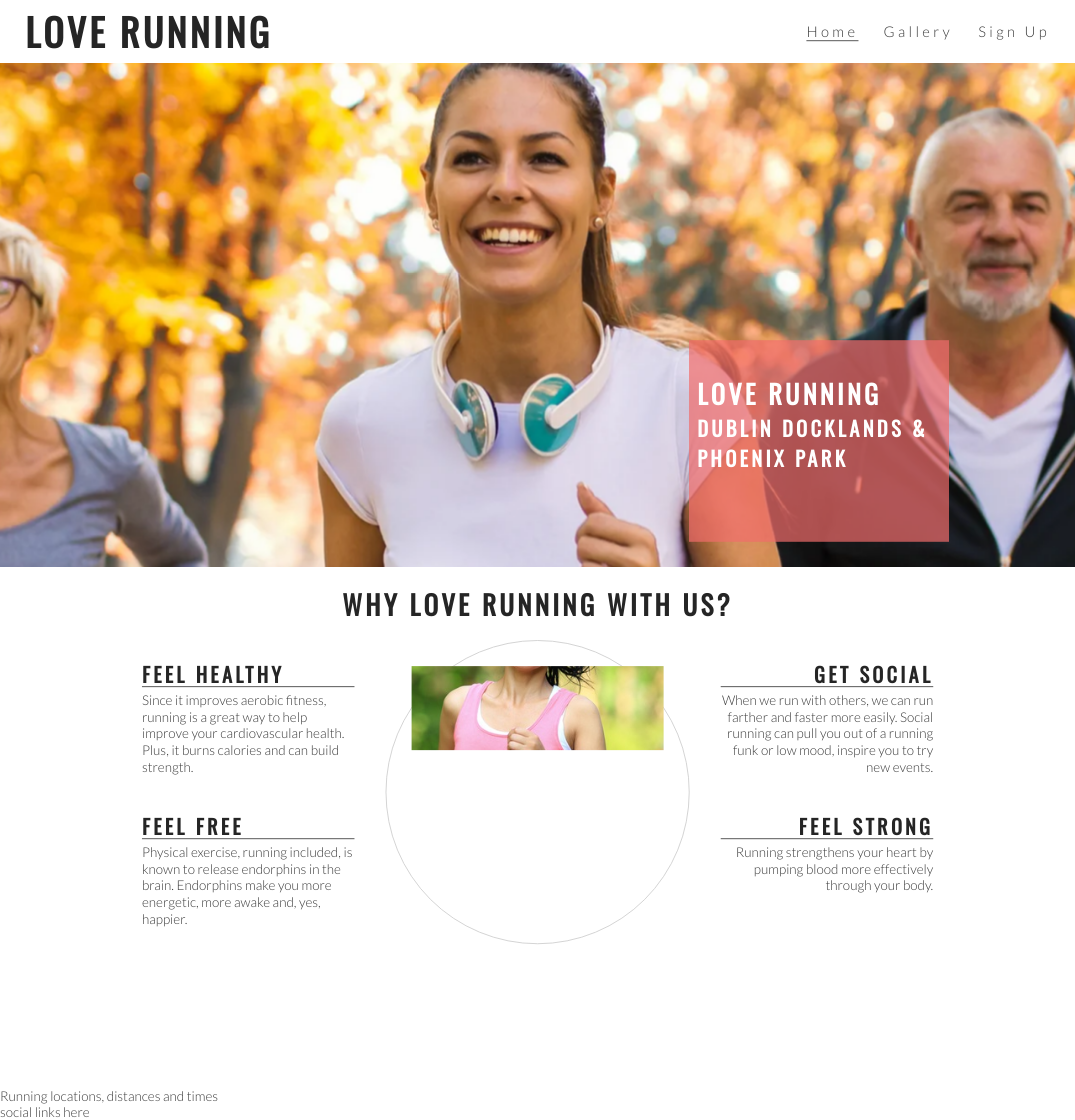
Repository: dcsndevs/love-running
Page: index.html
The author's editor kept a copy of each file at every save. The page is drawn from the files as they stood at one save, then again after a run of saves.
The browser window is 1280 px wide. The pictures show the whole page, at 84% of full size.

Above is the page before, as saved 2023-06-21 10:06:30.

### index.html
<!DOCTYPE html>
<html lang="en">

<head>
    <meta charset="UTF-8">
    <meta name="viewport" content="width=device-width, initial-scale=1.0">
    <meta name="description" content="Love Running club for runners in Dublin, Ireland">
    <meta name="keywords" content="love running, running club, ireland, dublin">

    <link rel="stylesheet" href="assets/css/style.css">
    <title>Love Running</title>
</head>

<body>
    <header>
        <a href="index.html">
            <h1 id="logo">Love Running</h1>
        </a>
        <nav>
            <ul id="menu">
                <li>
                    <a href="#">Sign Up</a>
                </li>
                <li>
                    <a href="#">Gallery</a>
                </li>
                <li>
                    <a href="index.html" class="active">Home</a>
                </li>
            </ul>
        </nav>
    </header>
    <section id="hero-outer">
        <div id="hero-image"></div>
        <div id="cover-text">
            <h2>Love Running</h2>
            <h3>Dublin Docklands & Phoenix Park</h3>
        </div>
    </section>
    <section id="club-ethos">
        <h2 id="welcome">Why Love Running With Us?</h2>
        <div id="left-about">
            <div class="left-about-heading">
                <h2>Feel Healthy</h2>
                <hr>
                <p>
                    Since it improves aerobic fitness, running is a great way to help improve your cardiovascular
                    health. Plus, it burns calories and can build strength.
                </p>
            </div>
            <div class="left-about-heading">
                <h2>Feel Free</h2>
                <hr>
                <p>
                    Physical exercise, running included, is known to release endorphins in the brain. Endorphins make
                    you more energetic, more awake and, yes, happier.
                </p>
            </div>
        </div>
        <div id="right-about">
            <div class="right-about-heading">
                <h2>Get Social</h2>
                <hr>
                <p>
                    When we run with others, we can run farther and faster more easily. Social running can pull you out
                    of a running funk or low mood, inspire you to try new events.
                </p>
            </div>
            <div class="right-about-heading">
                <h2>Feel Strong</h2>
                <hr>
                <p>
                    Running strengthens your heart by pumping blood more effectively through your body.
                </p>
            </div>
        </div>
        <div id="center-about">
            <div id="circle-container">
                <div id="circle-cover-bg"></div>
            </div>
        </div>
    </section>
    <section>
        Running locations, distances and times
    </section>
    <footer>
        social links here
    </footer>
</body>

</html>

### assets/css/style.css
@import url('https://fonts.googleapis.com/css2?family=Lato:wght@300&family=Oswald&display=swap');

* {
    margin: 0;
    padding: 0;
    border: none;
}

body {
    font-family: Lato, sans-serif;
    font-weight: 300;
    color: #3a3a3a;
}

/* headings and logo */

h1,
h2 {
    font-family: Oswald, sans-serif;
    text-transform: uppercase;
    letter-spacing: 4px;
    color: #252525;
}

#logo {
    float: left;
    font-size: 280%;
    margin-left: 30px;
}

/* navigation links */

#menu {
    font-size: 110%;
    letter-spacing: 4px;
}

#menu,
#logo {
    line-height: 75px;
}

#menu li {
    float: right;
    list-style-type: none;
    margin-right: 30px;
}

#menu a {
    text-decoration: none;
    color: inherit;
}

#menu a:hover {
    border-bottom: 1px solid #3a3a3a;
}

.active {
    border-bottom: 1px solid #3a3a3a;
}

/* hero image and cover text */

#hero-outer {
    height: 600px;
    width: 100%;
    overflow: hidden;

    position: relative;
}

#cover-text,
#cover-text h2 {
    color: #fff;
}

#hero-image {
    height: 600px;
    width: 100%;
    background: url('../images/hero-image.webp') no-repeat center center;

    /* animates zoom effect on loading page */
    animation-name: hero-zoom;
    animation-duration: 5s;
    animation-fill-mode: forwards;
}

/* creates the level of zoom for hero image */
@keyframes hero-zoom {
    from {
        transform: scale(1);
    }

    to {
        transform: scale(1.1);
    }
}

#cover-text {
    font-size: 130%;
    font-family: Oswald, sans-serif;
    text-transform: uppercase;
    letter-spacing: 4px;

    width: 300px;
    height: 200px;

    padding-top: 40px;
    padding-left: 10px;

    background-color: rgba(241, 109, 107, .7);

    bottom: 30px;
    right: 150px;

    position: absolute;
}

/* club ethos */
#club-ethos {
    height: 600px;
}

#left-about {
    padding-top: 30px;
    width: 33%;
    float: left;
}

#right-about {
    padding-top: 30px;
    width: 33%;
    float: right;
}

#center-about {
    width: 33%;
    margin: 0 auto;
}

hr {
    border-top: 1px solid #3a3a3a;
    width: 100%;
    margin: 5px 0;
}

.left-about-heading {
    width: 60%;
    float: right;
    line-height: 20px;
    clear: both;
    margin-bottom: 50px;
}

.right-about-heading {
    width: 60%;
    float: left;
    line-height: 20px;
    clear: both;
    margin-bottom: 50px;
}

.right-about-heading h2 {
    text-align: right;
}

.right-about-heading p {
    text-align: right;
}

#welcome {
    text-align: center;
    margin: 20px;
    font-size: 200%;
}

#circle-container {
    width: 300px;
    height: 300px;
    padding: 30px;
    border-style: solid;
    border-color: #ccc;
    border-width: 1px;
    border-radius: 50%;
    margin: 0 auto;
}

#circle-cover-bg {
    background: url('../images/ethos-center-image.jpg') no-repeat center center;
    height: 100px;
}

After the next 2 saves:
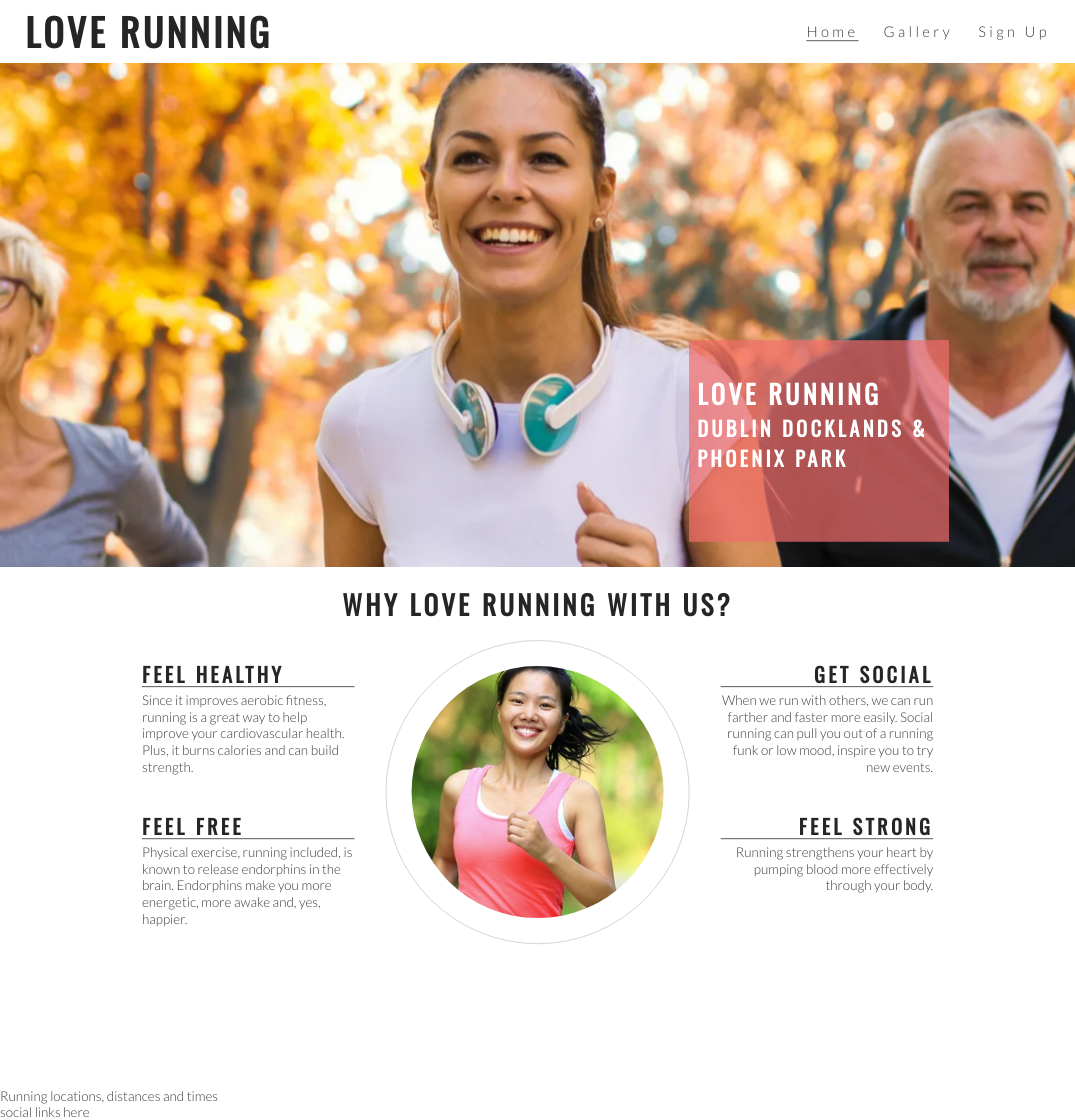
The 2 saves are shown as one change because they came seconds apart.
The last was saved 39 s later.
--- a/assets/css/style.css
+++ b/assets/css/style.css
@@ -187,5 +187,6 @@ hr {
 
 #circle-cover-bg {
     background: url('../images/ethos-center-image.jpg') no-repeat center center;
-    height: 100px;
+    height: 100%;
+    border-radius: 50%;
 }
